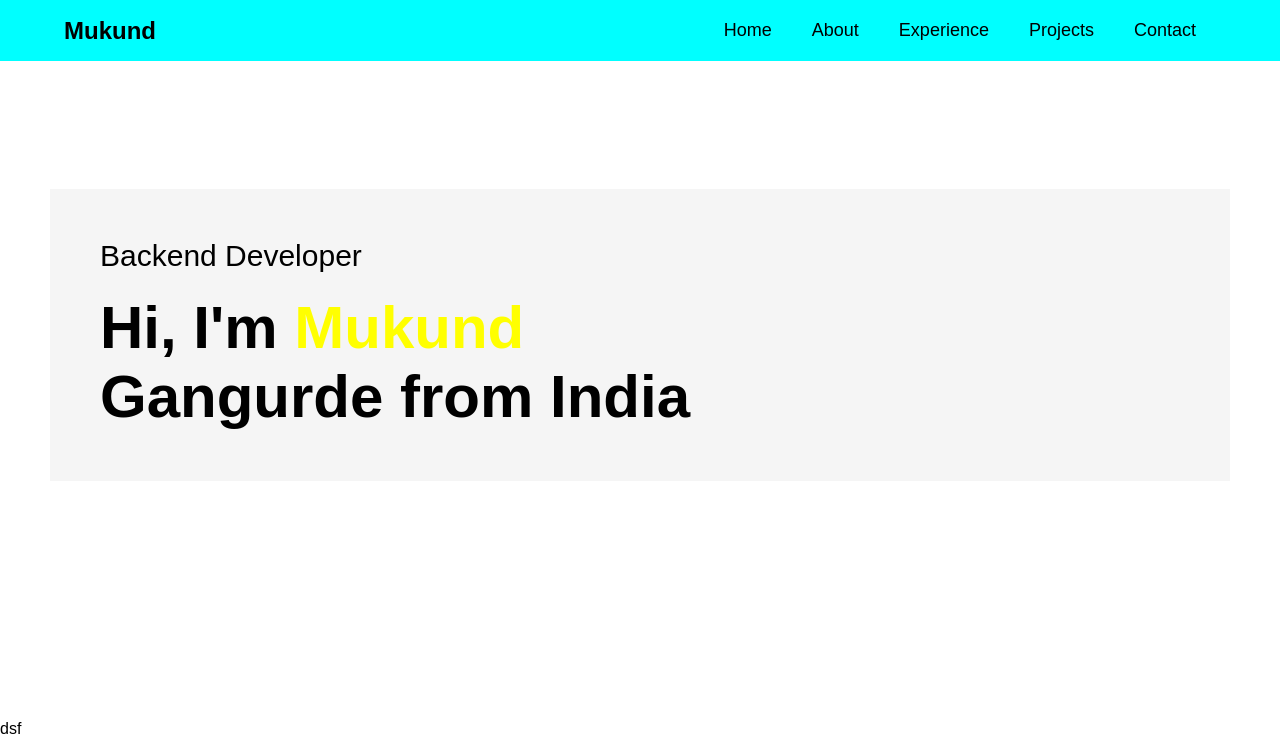
Repository: mukundgangurde/expense-tracker
Page: index.html
The author's editor kept a copy of each file at every save. The page is drawn from the files as they stood at one save, then again after the next save.
The browser window is 1280 px wide. The pictures show the whole page.

Above is the page before, as saved 2025-11-02 22:31:07.

After the next save:
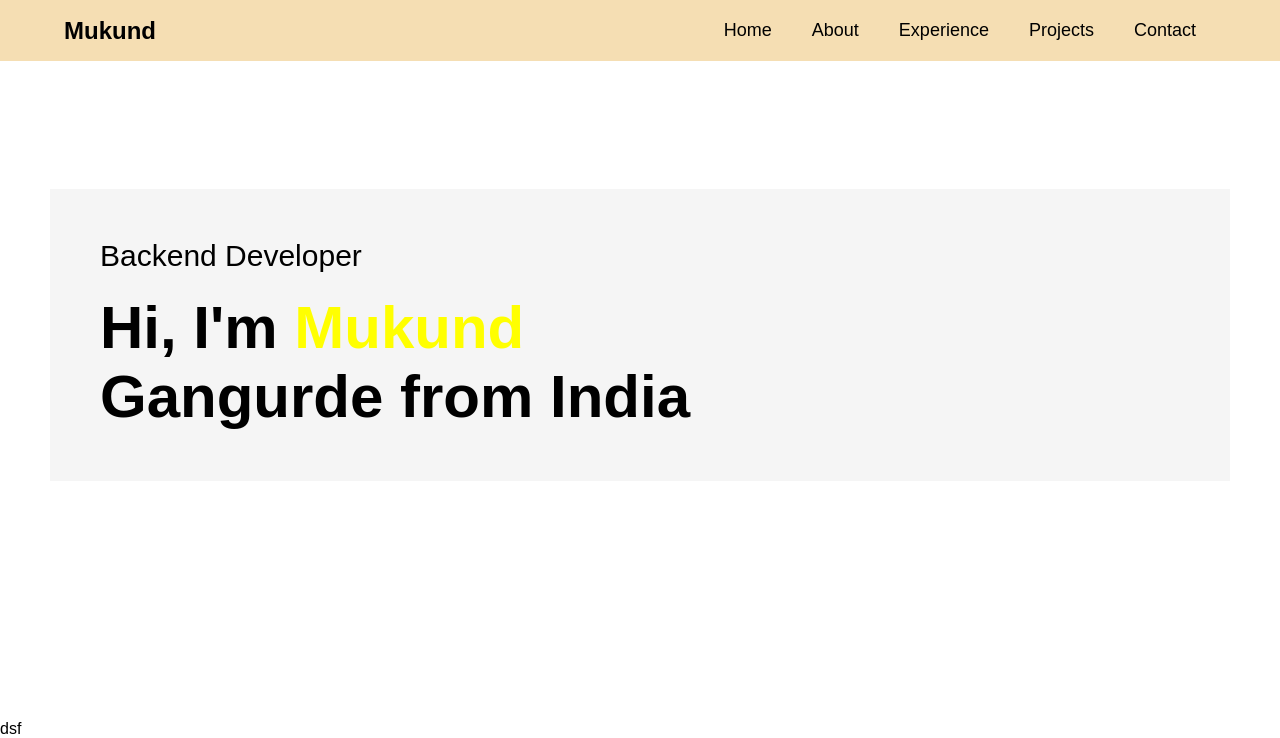
Saved 5 s later.
--- a/style.css
+++ b/style.css
@@ -30,7 +30,7 @@ nav {
   align-items: center;
   flex-wrap: wrap;
   padding: 10px 5%;
-  background-color: aqua;
+  background-color: wheat;
 }
 
 ul {
